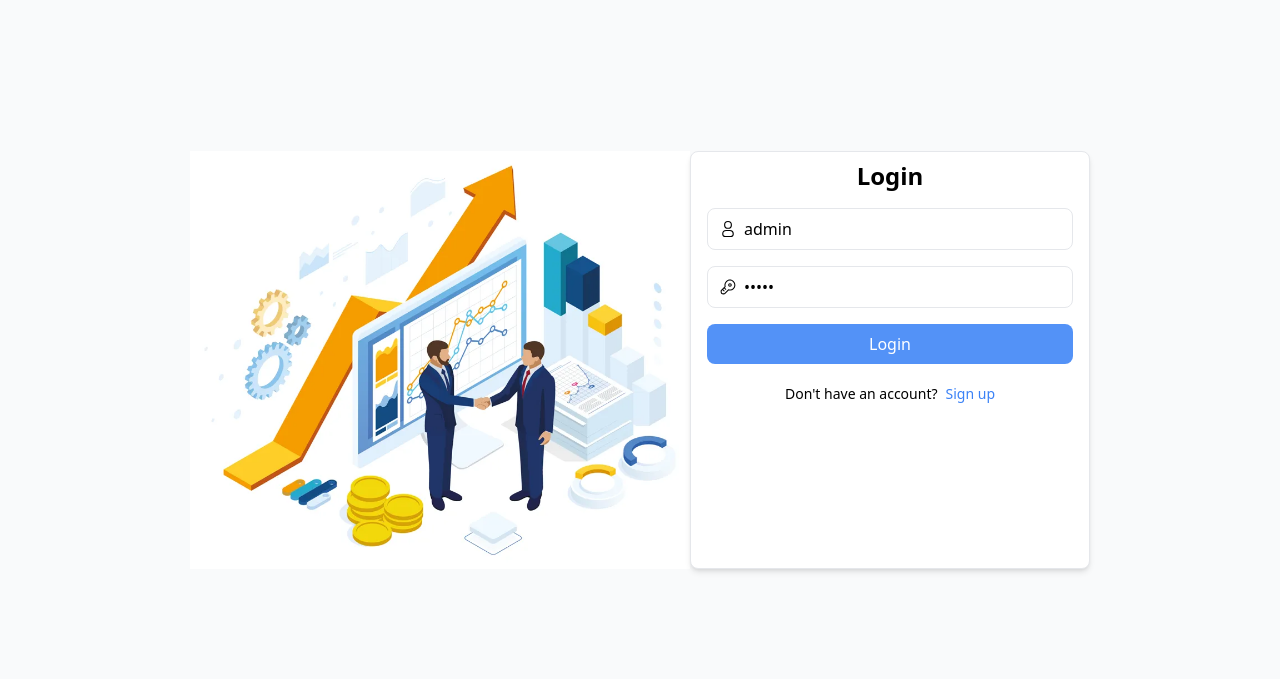
Repository: Fortivera/yourestate
Page: /
An editor plug-in stored every save of this project. The page is shown before and after the next save, followed by the edit.
The browser window is 1280 px wide. The pictures show the whole page.
The project was rebuilt for these pictures with package versions that can differ from the ones it lists, and the page was loaded fresh each time. The framework's server and built-in components were replaced by stand-ins that run in the browser. Also part of the build but not shown: next.config.js.

Above is the page before, as saved 2023-11-02 14:05:56.

### src/app/layout.tsx
import './globals.css'



export const metadata = {
  title: 'Home',
  description: "great explanation of something",
}

export default function RootLayout({ children }: { children: React.ReactNode }) {
  return (
    <html lang="en">
      <body>
        {children}
      </body>
    </html>
  );
}

### src/app/page.tsx
import Link from "next/link"
import Image from "next/image"
import SvgNewUser from "public/static/SvgNewUser"
import SvgPassword from "public/static/SvgPassword"

export default function Login() {
  return (
    <div className="min-h-screen bg-gray-50 flex items-center justify-center">
      <div className="flex justify-center w-full px-4 py-10 tablet:w-[540px] laptop:w-[1000px]">
        <div className="flex laptop:flex-row tablet:flex-col mobile:flex-col">
          <figure className="max-w-[500px]  ">
            <Image src="/static/growth.jpg" alt="login page picture" layout="responsive" width={500} height={700} className={""} />
          </figure>
          <div className="w-[400px] px-4 pb-8 pt-2 bg-white border rounded-lg shadow-md">
            <h1 className="text-2xl font-semibold text-center mb-4">Login</h1>

            <div className="mb-4 relative">
              <label className="text-sm" htmlFor="Name">
                <SvgNewUser width={18} height={18} className={"absolute left-3 top-3"} />
              </label>
              <input defaultValue="admin" id="Name" type="text" name="Name" placeholder="Username" autoComplete="given-name" required className="block w-full border rounded-lg py-2 pl-9 mt-1 focus:ring focus:ring-blue-300" />
            </div>

            <div className="mb-4 relative">
              <label className="text-sm" htmlFor="Password">
                <SvgPassword width={18} height={18} className={"absolute left-3 top-3"} />
              </label>
              <input defaultValue="admin" id="Password" type="password" name="Password" placeholder="Password" required className="block w-full border rounded-lg py-2 pl-9 mt-1 focus:ring focus:ring-blue-300" />
            </div>

            <button type="button" aria-label="Sign-in button" className="bg-[#5392f7] text-white rounded-lg w-full py-2 mb-4 hover:bg-[#3b83f6]">
              <Link href="/dashboard">Login</Link>
            </button>
            <div className="flex text-sm justify-center">
              <div className="p-1">Don't have an account?</div>
              <Link href="/user" className="text-blue-500 hover:underline p-1">
                Sign up
              </Link>
            </div>
          </div>
        </div>
      </div>
    </div>
  )
}

### src/app/globals.css

@import url('https://fonts.googleapis.com/css2?family=Lora:ital,wght@0,400;0,500;0,600;1,400;1,500;1,600&family=Montserrat:ital,wght@0,300;0,400;0,500;0,600;1,300;1,400;1,500;1,600&family=Poppins:ital,wght@0,300;0,400;0,500;0,600;0,700;0,800;0,900;1,300;1,400;1,500;1,600;1,700;1,800;1,900&family=Noto+Sans:ital,wght@0,300;0,400;0,500;0,600;0,700;0,800;0,900;1,300;1,400;1,500;1,600;1,700;1,800;1,900&display=swap');

@tailwind base;
@tailwind components;
@tailwind utilities;

.navbarDark{
  background-color:rgb(45 48 56 );
  color: #ddd;
}
.navbarLight {
  background-color: rgb(59 130 246 / 0.5);
  color: black;
}
.propertyListLight {
  background-color: rgb(249 250 251);
  color: black;
  border-color: rgb(229 231 235);
  }
.propertyListDark {
  background-color:rgb(45 48 56 / 0.95);
  color: #ddd;

}
.searchbarLight {
  background-color: rgb(248 250 252);
  color: black;

}
.searchbarDark {
  background-color:rgb(100 116 139 / 0.6);
  color: #ddd;
}
.propertyLight {
  background-color: rgb(249 250 251);
  color: black;

}
.propertyDark {
  background-color:rgb(45 48 56 / 0.95);
  color: #ddd;
}

### public/static/SvgNewUser.tsx
import * as React from "react"
import { SVGProps } from "react"
const SvgNewUser = (props: SVGProps<SVGSVGElement>) => (
  <svg
    xmlns="http://www.w3.org/2000/svg"
    width={800}
    height={800}
    fill="none"
    viewBox="0 0 24 24"
    {...props}
  >
    <g fill="#000" fillRule="evenodd" clipRule="evenodd">
      <path d="M12 2.75a3.75 3.75 0 1 0 0 7.5 3.75 3.75 0 0 0 0-7.5ZM6.75 6.5a5.25 5.25 0 1 1 10.5 0 5.25 5.25 0 0 1-10.5 0ZM4.25 18.571a5.321 5.321 0 0 1 5.321-5.321h4.858a5.321 5.321 0 0 1 5.321 5.321 4.179 4.179 0 0 1-4.179 4.179H8.43a4.179 4.179 0 0 1-4.179-4.179Zm5.321-3.821a3.821 3.821 0 0 0-3.821 3.821c0 1.48 1.2 2.679 2.679 2.679h7.142c1.48 0 2.679-1.2 2.679-2.679 0-2.11-1.71-3.821-3.821-3.821H9.57Z" />
    </g>
  </svg>
)
export default SvgNewUser

### public/static/SvgPassword.tsx
import * as React from "react"
import { SVGProps } from "react"
const SvgPassword = (props: SVGProps<SVGSVGElement>) => (
    <svg
        xmlns="http://www.w3.org/2000/svg"
        width={800}
        height={800}
        fill="none"
        viewBox="0 0 24 24"
        {...props}
    >
        <g fill="#000" fillRule="evenodd" clipRule="evenodd">
            <path d="M4.51 14.999a.689.689 0 0 1 .975 0l1.75 1.749a.689.689 0 0 1-.975.974l-1.75-1.75a.689.689 0 0 1 0-.973ZM6.698 12.812a.689.689 0 0 1 .974 0l1.749 1.75a.689.689 0 0 1-.974.974l-1.75-1.75a.689.689 0 0 1 0-.974Z" />
            <path d="M18.752 5.232c-2.32-2.313-6.075-2.312-8.386 0h-.001c-1.612 1.604-2.1 3.915-1.472 5.958.075.243.009.509-.172.69L3.74 16.86a.975.975 0 0 0-.184.341.912.912 0 0 0-.055.38l.001.006.262 1.901a.912.912 0 0 0 .262.474.857.857 0 0 0 .462.256l1.913.263c.08.012.223.003.385-.05a.838.838 0 0 0 .324-.177l.008-.007 4.995-4.986a.688.688 0 0 1 .692-.17c2.028.634 4.34.14 5.956-1.466a5.94 5.94 0 0 0-.009-8.393Zm-9.36-.975c2.85-2.85 7.475-2.848 10.332 0 2.86 2.849 2.86 7.493.01 10.342l-.001.002A7.316 7.316 0 0 1 12.8 16.52l-4.707 4.698a2.19 2.19 0 0 1-.883.523c-.309.1-.668.152-1.006.104h-.003L4.3 21.582c-.491-.069-.928-.326-1.25-.65a2.279 2.279 0 0 1-.649-1.24l-.001-.01-.262-1.902v-.003a2.26 2.26 0 0 1 .111-1.012c.102-.305.27-.625.505-.868l.007-.007 4.703-4.702c-.591-2.404.043-5.056 1.928-6.932Z" />
            <path d="M14.62 8.302a1.06 1.06 0 1 0 0 2.121 1.06 1.06 0 0 0 0-2.121Zm-2.438 1.06a2.438 2.438 0 1 1 4.876 0 2.438 2.438 0 0 1-4.877 0Z" />
        </g>
    </svg>
)
export default SvgPassword

### tailwind.config.js
/* eslint-disable prettier/prettier */
/** @type {import('tailwindcss').Config} */
module.exports = {
  content: [
    "./app/**/*.{js,ts,jsx,tsx}",
    "./pages/**/*.{js,ts,jsx,tsx}",
    "./components/**/*.{js,ts,jsx,tsx}",

    // Or if using `src` directory:
    "./src/**/*.{js,ts,jsx,tsx}",
  ],
  theme: {
    extend: {
      fontFamily: {
        Poppins: ["Poppins", "sans-serif"],
        Montserrat: ["Montserrat", "sans-serif"],
        Lora: ["Lora", "sans-serif"],
        Noto: ["Noto Sans", "sans-serif"],
      },
      screens: {
        'mobile': "320px",
        'tablet': "481px",
        'laptop': "769px",
       ' desktop': "1025px",
      },


    },
    plugins: [],
  },
}

After the next save:
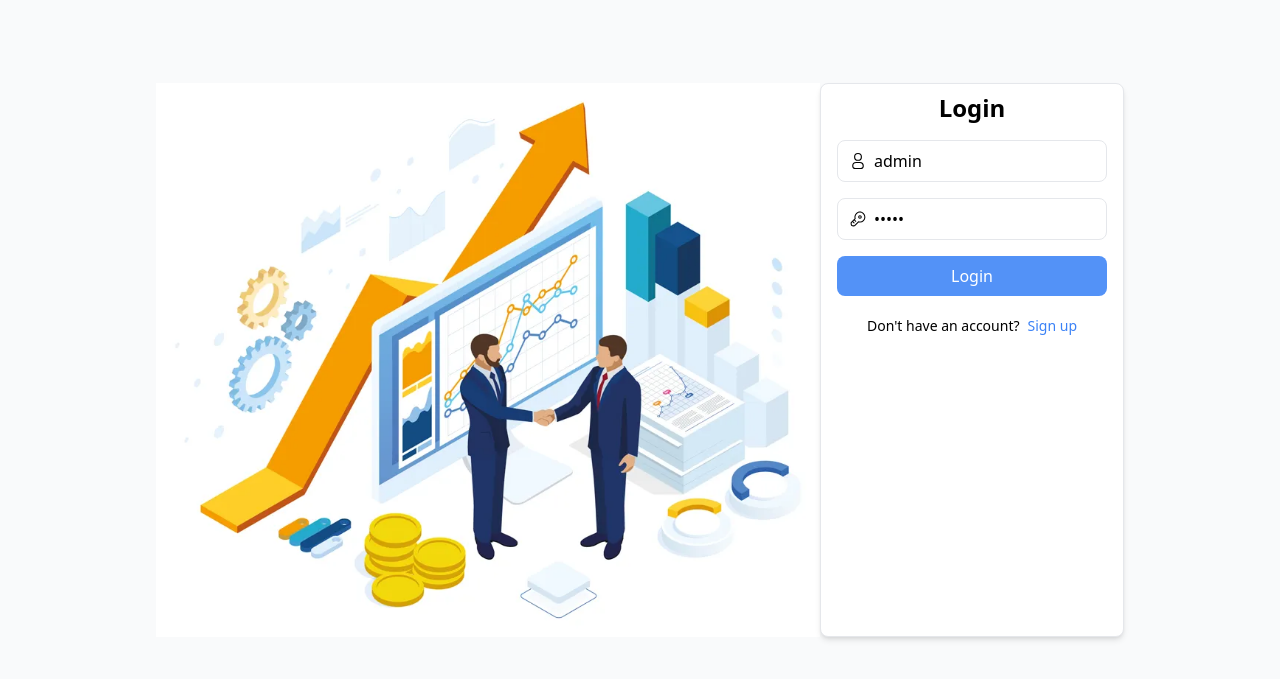
Saved 14 s later.
--- a/src/app/page.tsx
+++ b/src/app/page.tsx
@@ -8,7 +8,7 @@ export default function Login() {
     <div className="min-h-screen bg-gray-50 flex items-center justify-center">
       <div className="flex justify-center w-full px-4 py-10 tablet:w-[540px] laptop:w-[1000px]">
         <div className="flex laptop:flex-row tablet:flex-col mobile:flex-col">
-          <figure className="max-w-[500px]  ">
+          <figure className="max-w-[800px]  ">
             <Image src="/static/growth.jpg" alt="login page picture" layout="responsive" width={500} height={700} className={""} />
           </figure>
           <div className="w-[400px] px-4 pb-8 pt-2 bg-white border rounded-lg shadow-md">
